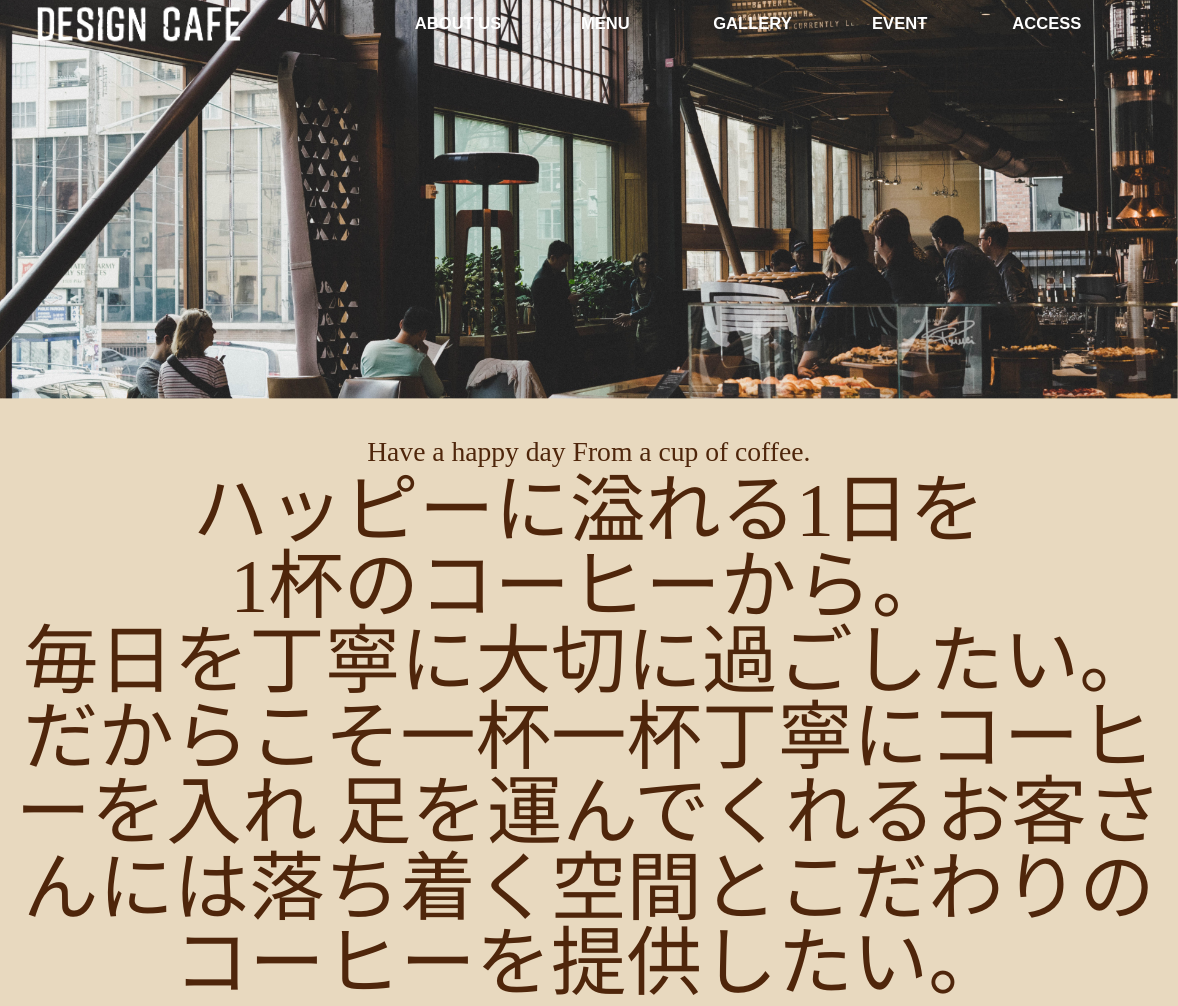
Repository: sonoyama01/dezasuta
Page: 第4回課題/index.html
The author's editor kept a copy of each file at every save. The page is drawn from the files as they stood at one save, then again after the next save.
The browser window is 1280 px wide. The pictures show the whole page, at 92% of full size.

Above is the page before, as saved 2024-05-02 01:50:40.

### 第4回課題/index.html
<!DOCTYPE html>
<html lang="ja">

<head>
    <meta charset="UTF-8">
    <meta name="viewport" content="width=device-width, initial-scale=1.0">
    <title>Desing Cafe</title>
    <link rel="stylesheet" href="./css/style.css">
</head>

<body>
    <header>
        <div class="header_slide">
            <div>
                <img src="./images/pc_first-100.jpg" alt="店内の様子">
            </div>
        </div>
        <div class="header_wrap">
            <h1 class="header_logo">
                <img src="./images/design_cafe_logo_header@2x.png" alt="desind cafe">
            </h1>
            <nav class="pc_nav">
                <ul>
                    <li><a href="#">ABOUT US</a></li>
                    <li><a href="#">MENU</a></li>
                    <li><a href="#">GALLERY</a></li>
                    <li><a href="#">EVENT</a></li>
                    <li><a href="#">ACCESS</a></li>
                </ul>
            </nav>
        </div>
    </header>
    <div class="catch_copy">
        <p class="catch_copy"><span class="en">Have a happy day From a cup of coffee.</span><br>
            ハッピーに溢れる1日を<br>
            1杯のコーヒーから。</p><!-- /.catch_copy -->
        <p>毎日を丁寧に大切に過ごしたい。だからこそ一杯一杯丁寧にコーヒーを入れ
            足を運んでくれるお客さんには落ち着く空間とこだわりのコーヒーを提供したい。</p>
    </div><!-- /.catch_copy -->



</body>

</html>

### 第4回課題/css/style.css
@charset "utf-8";

/* cssリセット */

/*利用するタグによってこちらの内容は増やす*/

html,
body,
h1,
h2,
h3,
p,
dl,
dt,
dd,
ul,
li {
  margin: 0;
  padding: 0;
  line-height: 1;
  /*デフォルトの文字色、font-familyを予め当てておく*/
  color: #4f260b;
  font-family: "游明朝", YuMincho, "Hiragino Mincho ProN W3",
    "ヒラギノ明朝 ProN W3", "Hiragino Mincho ProN", "HG明朝E", "ＭＳ Ｐ明朝",
    "ＭＳ 明朝", serif;
}

a {
  /*下線を消す*/
  text-decoration: none;
  /*色を消す*/
  color: inherit;
  transition: 0.3s;
}

a:hover {
  opacity: 0.5;
}

ul {
  /*左の「・」を消す*/
  list-style: none;
}

img {
  max-width: 100%;
  vertical-align: bottom;
  border: none;
}

body {
  background-color: #e8d9bf;
  font-size: 23px;
}

/* ヘッダー */
.pc_nav ul {
  display: flex;
  gap: 55px;
}

.pc_nav ul li {
  width: 105px;
  text-align: center;
  color: #ffffff;
  font-weight: bold;
  font-size: 18px;
  font-family: "Hiragino Sans W3", "Hiragino Kaku Gothic ProN",
    "ヒラギノ角ゴ ProN W3", "メイリオ", Meiryo, "ＭＳ Ｐゴシック", "MS PGothic",
    sans-serif;
}

.header_logo {
  width: 226px;
}

.header_wrap {
  display: flex;
  justify-content: space-between;
  align-items: center;
  padding: 0 7% 0 3%;
  position: absolute;
  top: 0;
  left: 0;
  width: 100%;
  box-sizing: border-box;
}

.en {
  font-size: 30px;
}
.catch_copy {
  font-size: 82px;
  text-align: center;
}

After the next save:
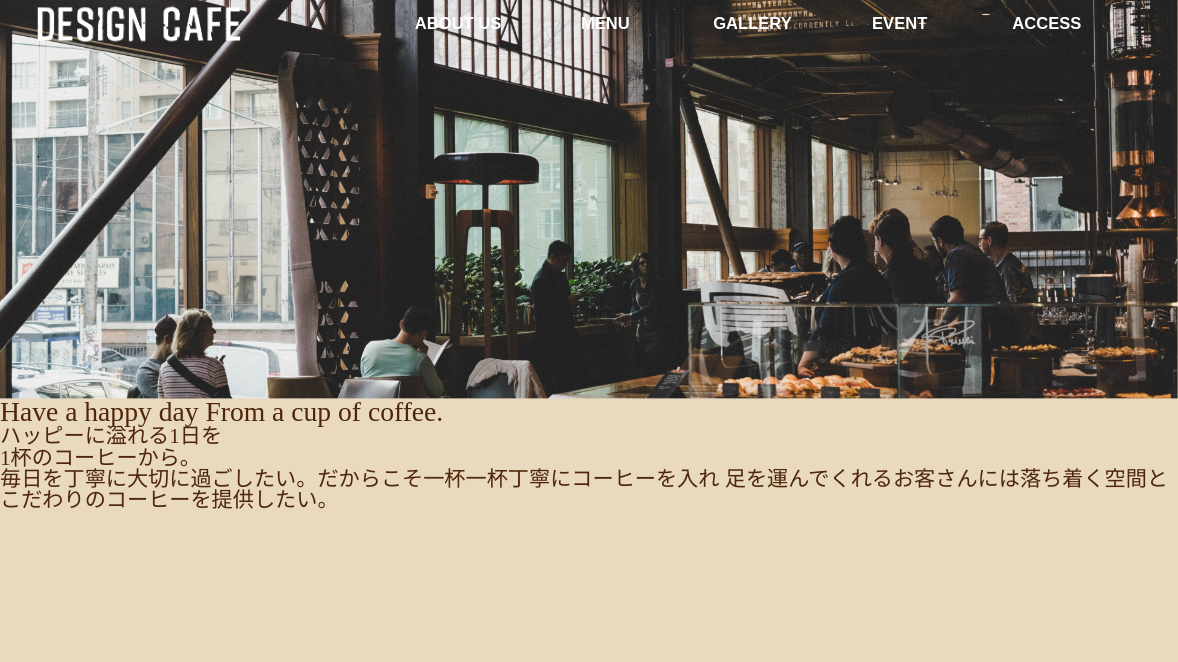
Saved 59 s later.
--- a/第4回課題/css/style.css
+++ b/第4回課題/css/style.css
@@ -89,7 +89,7 @@ body {
 .en {
   font-size: 30px;
 }
-.catch_copy {
+.catch_copy_ja {
   font-size: 82px;
   text-align: center;
 }
